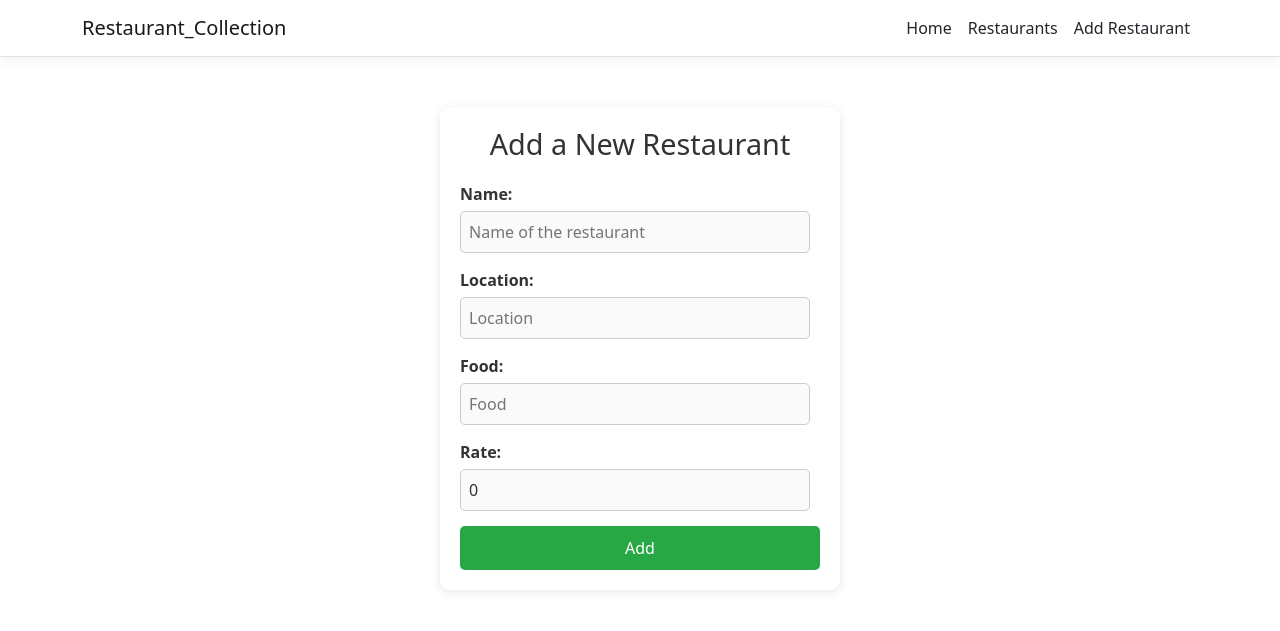
Repository: AkshatKapo/Restaurant-collection-web-app
Page: /add-restaurant (app in ClientApp/)
The author's editor kept a copy of each file at every save. The page is drawn from the files as they stood at one save, then again after the next save.
The browser window is 1280 px wide. The pictures show the whole page.
The project was rebuilt for these pictures with package versions that can differ from the ones it lists, and the page was loaded fresh each time. Also part of the build but not shown: ClientApp/angular.json.

Above is the page before, as saved 2024-08-08 10:38:33.

After the next save:
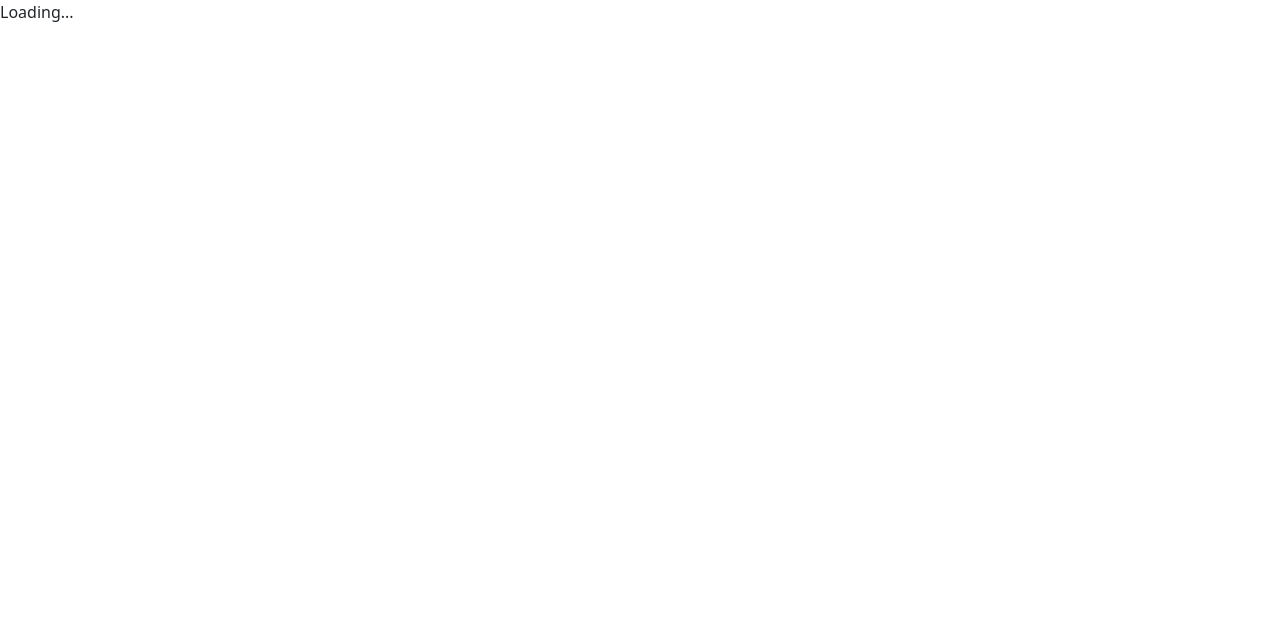
Saved 22 s later.
--- a/ClientApp/src/app/Components/DeleteRestaurant/delete-restaurant/delete-restaurant.component.html
+++ b/ClientApp/src/app/Components/DeleteRestaurant/delete-restaurant/delete-restaurant.component.html
@@ -1,5 +1,5 @@
 <div class="delete">
-    <div class="card" *ngIf="food_restaurant">
+    <div class=delete-card" *ngIf="food_restaurant">
         <h5>{{food_restaurant.restaurant_Name}}</h5>
         <h6>{{food_restaurant.food}}</h6>
         <h6>{{food_restaurant.rate}}</h6>

After the save that followed:
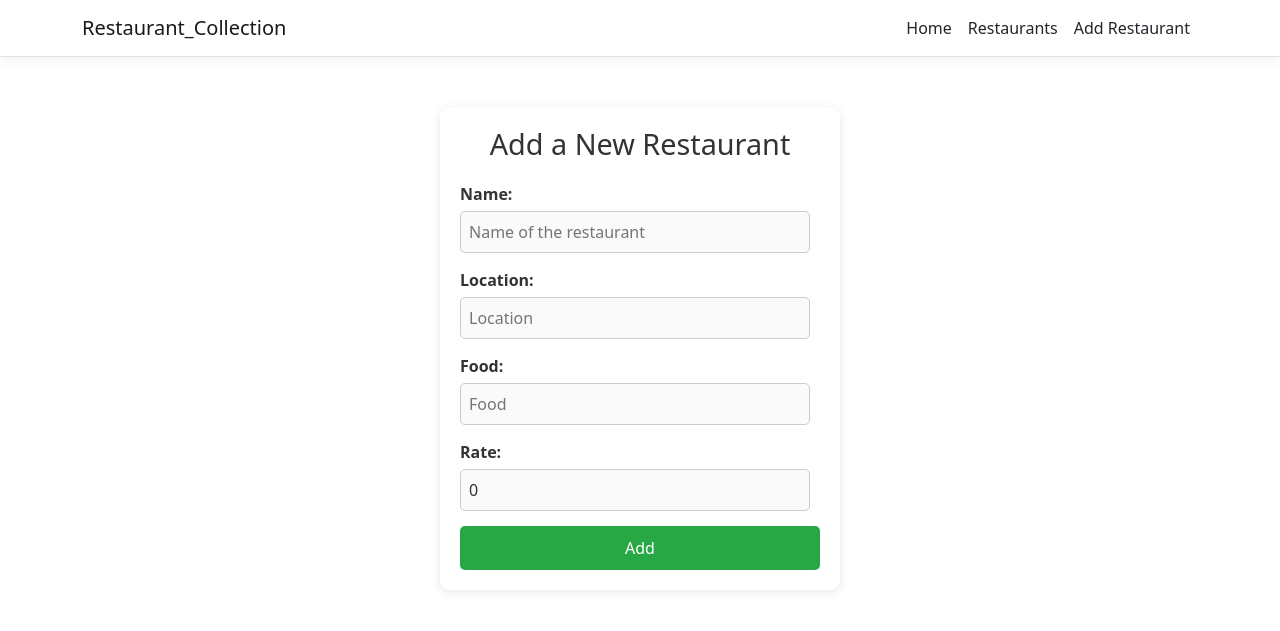
Saved 4 s later.
--- a/ClientApp/src/app/Components/DeleteRestaurant/delete-restaurant/delete-restaurant.component.html
+++ b/ClientApp/src/app/Components/DeleteRestaurant/delete-restaurant/delete-restaurant.component.html
@@ -1,5 +1,5 @@
 <div class="delete">
-    <div class=delete-card" *ngIf="food_restaurant">
+    <div class="delete-card" *ngIf="food_restaurant">
         <h5>{{food_restaurant.restaurant_Name}}</h5>
         <h6>{{food_restaurant.food}}</h6>
         <h6>{{food_restaurant.rate}}</h6>
